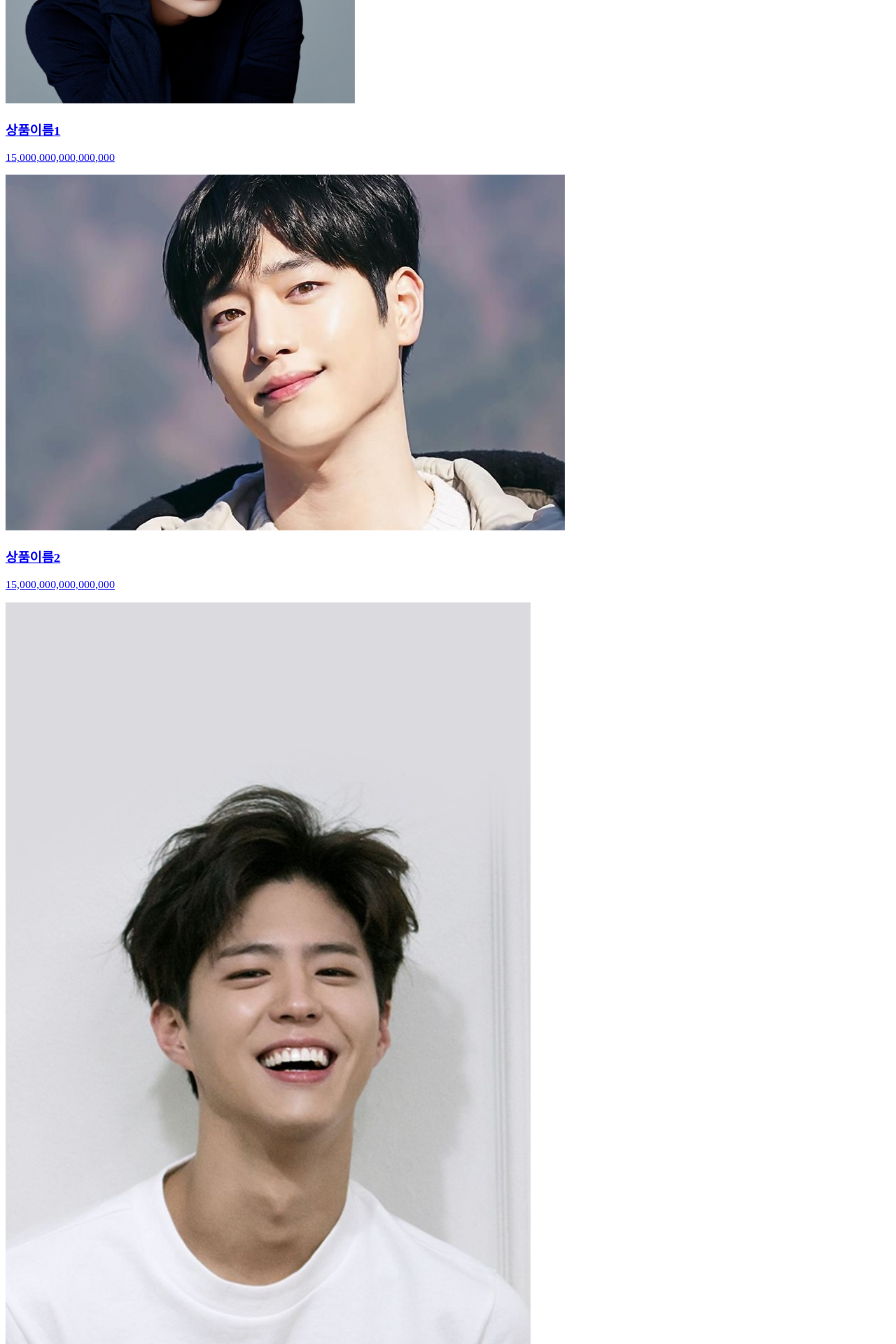
Repository: gpqls12321/public
Page: http://localhost/bizpoll/index.jsp
These files come from the project's save history. The page is drawn as it stood at one moment and after the next save; the edit follows.
The browser window is 1280 px wide. The pictures show the part of the page from y = 691 to 2611 px (the page is 4171 px tall before and 941 px after), at 70% of full size.
The page is served by Tomcat 9. Other server files are loaded and not shown.

Above is the page before, as saved 2021-04-19 05:12:00.

### bizpoll/WebContent/index.jsp
<%@ page language="java" contentType="text/html; charset=UTF-8"
    pageEncoding="UTF-8"%>
<%@ taglib prefix="c" uri="http://java.sun.com/jsp/jstl/core"%>
<%@ taglib prefix="fmt" uri="http://java.sun.com/jsp/jstl/fmt"%>
<!DOCTYPE html>
<html>
<head>
<meta charset="UTF-8">
<title>Welcome Bizpoll Shop</title>
</head>
<body>
<div id="main_img">
	<img alt="main_img" src="images/product_img/w-05.jpg">
</div>
<div id="front">
	<h2>New Item</h2>
	<div id="bestProduct">
		<div id="item">
			<a href="product_detail.bizpoll?p_code=">
				<img alt="서인국" src="images/product_img/w-09.png">
				<h3>상품이름1</h3>
				<p>15,000,000,000,000,000</p>
			</a>
		</div>
		<div id="item">
			<a href="product_detail.bizpoll?p_code=">
				<img alt="서강준" src="images/product_img/w-10.jpg">
				<h3>상품이름2</h3>
				<p>15,000,000,000,000,000</p>
			</a>
		</div>
		<div id="item">
			<a href="product_detail.bizpoll?p_code=">
				<img alt="박보검" src="images/product_img/w-12.jpg">
				<h3>상품이름3</h3>
				<p>15,000,000,000,000,000</p>
			</a>
		</div>
		<div id="item">
			<a href="product_detail.bizpoll?p_code=">
				<img alt="현빈" src="images/product_img/w-25.jpg">
				<h3>상품이름4</h3>
				<p>15,000,000,000,000,000</p>
			</a>
		</div>
	</div>
</div>
</body>
</html>

After the next save:
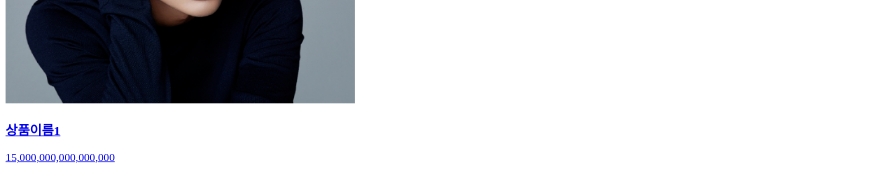
Saved 2 min 7 s later.
--- a/bizpoll/WebContent/index.jsp
+++ b/bizpoll/WebContent/index.jsp
@@ -15,6 +15,8 @@
 <div id="front">
 	<h2>New Item</h2>
 	<div id="bestProduct">
+		<c:forEach items="newProductList">
+		</c:forEach>
 		<div id="item">
 			<a href="product_detail.bizpoll?p_code=">
 				<img alt="서인국" src="images/product_img/w-09.png">
@@ -22,27 +24,7 @@
 				<p>15,000,000,000,000,000</p>
 			</a>
 		</div>
-		<div id="item">
-			<a href="product_detail.bizpoll?p_code=">
-				<img alt="서강준" src="images/product_img/w-10.jpg">
-				<h3>상품이름2</h3>
-				<p>15,000,000,000,000,000</p>
-			</a>
-		</div>
-		<div id="item">
-			<a href="product_detail.bizpoll?p_code=">
-				<img alt="박보검" src="images/product_img/w-12.jpg">
-				<h3>상품이름3</h3>
-				<p>15,000,000,000,000,000</p>
-			</a>
-		</div>
-		<div id="item">
-			<a href="product_detail.bizpoll?p_code=">
-				<img alt="현빈" src="images/product_img/w-25.jpg">
-				<h3>상품이름4</h3>
-				<p>15,000,000,000,000,000</p>
-			</a>
-		</div>
+
 	</div>
 </div>
 </body>
